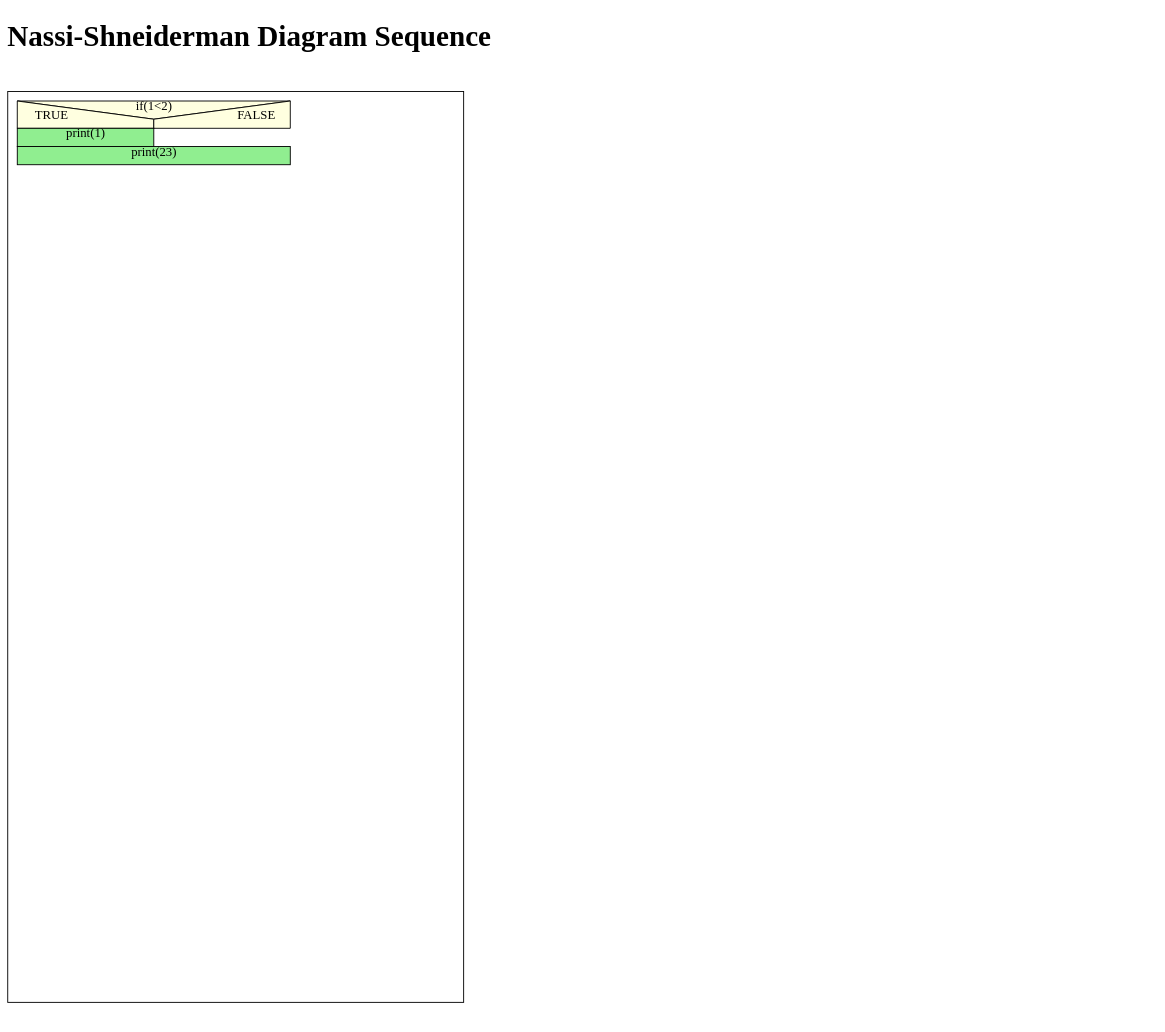
Repository: fabsch225/Nassi-Shneiderman-Compiler
Page: demo.html
These files come from the project's save history. The page is drawn as it stood at one moment and after the next save; the edit follows.
The browser window is 1280 px wide. The pictures show the whole page, at 91% of full size.

Above is the page before, as saved 2024-05-15 23:42:29.

After the next save:
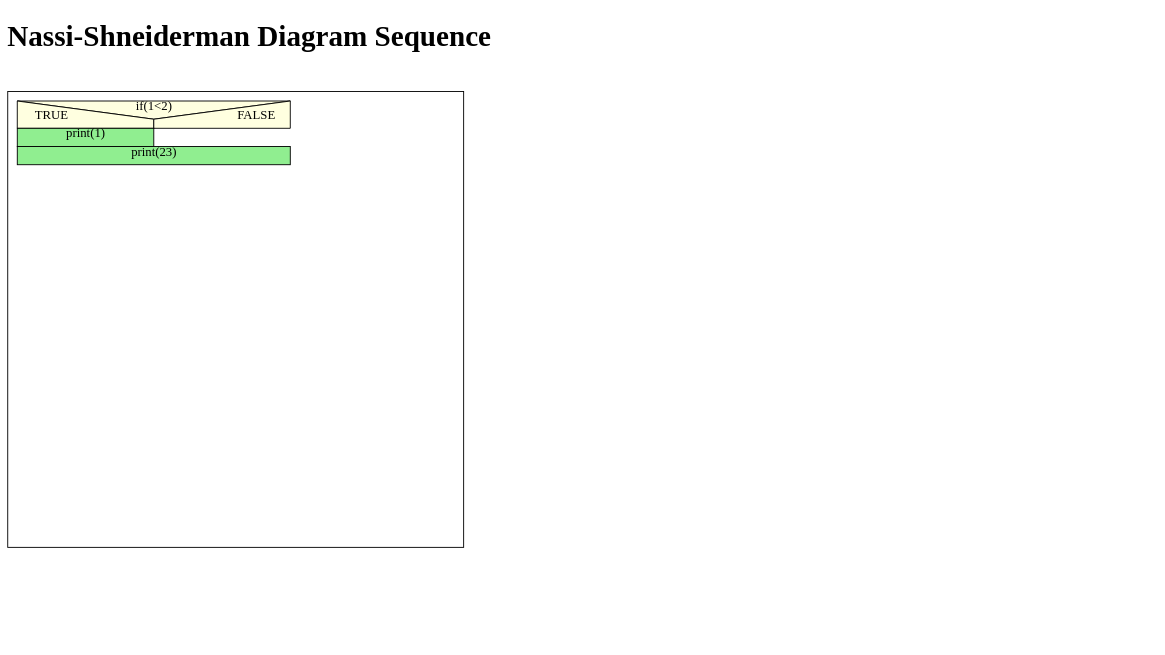
Saved 16 s later.
--- a/demo.html
+++ b/demo.html
@@ -12,7 +12,7 @@
         border: 1px solid black;
         margin: 20px auto;
         width: 500px;
-        height: 1000px;
+        height: 500px;
     }
 </style>
 </head>
